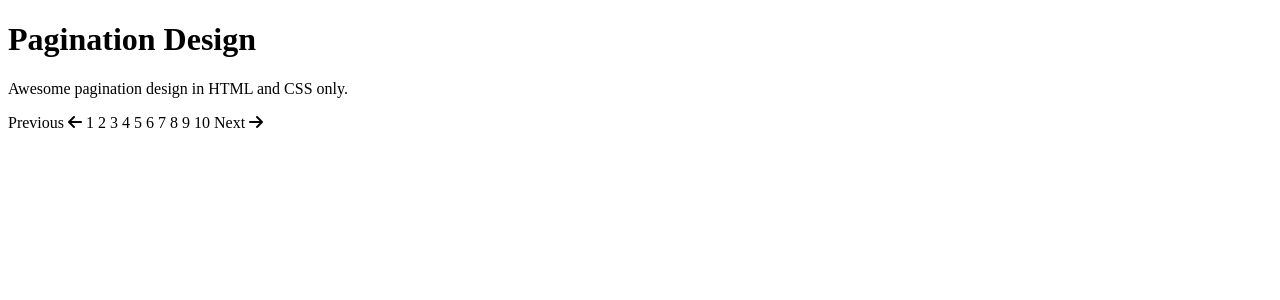
Repository: Ankitkr2021/Awesome-Pagination
Page: index.html
These files come from the project's save history. The page is drawn as it stood at one moment and after the next save; the edit follows.
The browser window is 1280 px wide. The pictures show the whole page.

Above is the page before, as saved 2025-10-02 08:53:10.

After the next save:
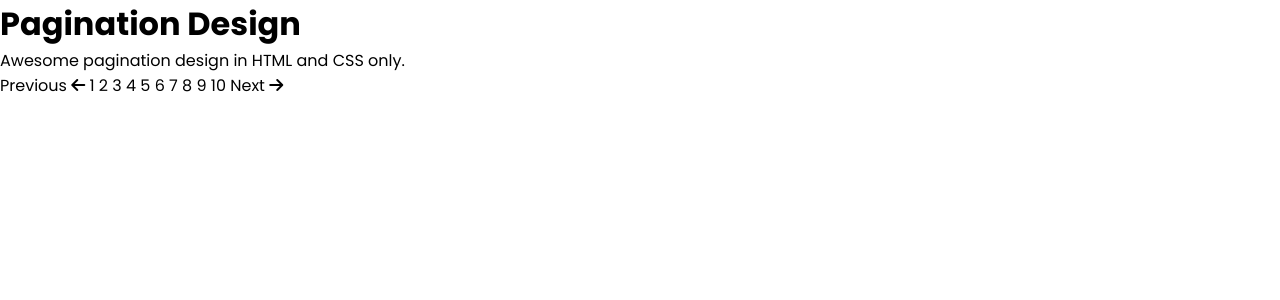
Saved 23 s later.
--- a/style.css
+++ b/style.css
@@ -1,5 +1,8 @@
 @import url("https://fonts.googleapis.com/css2?family=Poppins:wght@300;400;500;600;700&display=swap");
 
 *{
-
+    margin: 0;
+    padding: 0;
+    box-sizing: border-box;
+    font-family: "Poppins",sans-serif;
 }
